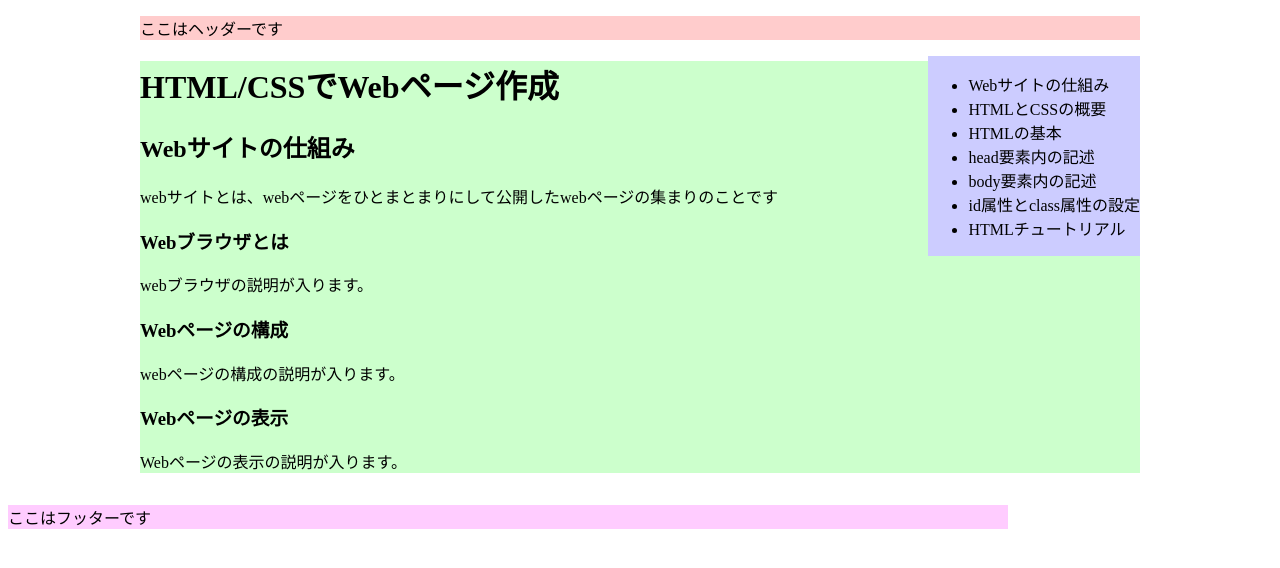
Repository: tak-hs/first-git
Page: kadai-html.html
The author's editor kept a record of every edit. The page is drawn from the files as they stood at one moment, then again after the next edit.
The browser window is 1280 px wide. The pictures show the whole page.

Above is the page before.

After the next edit:
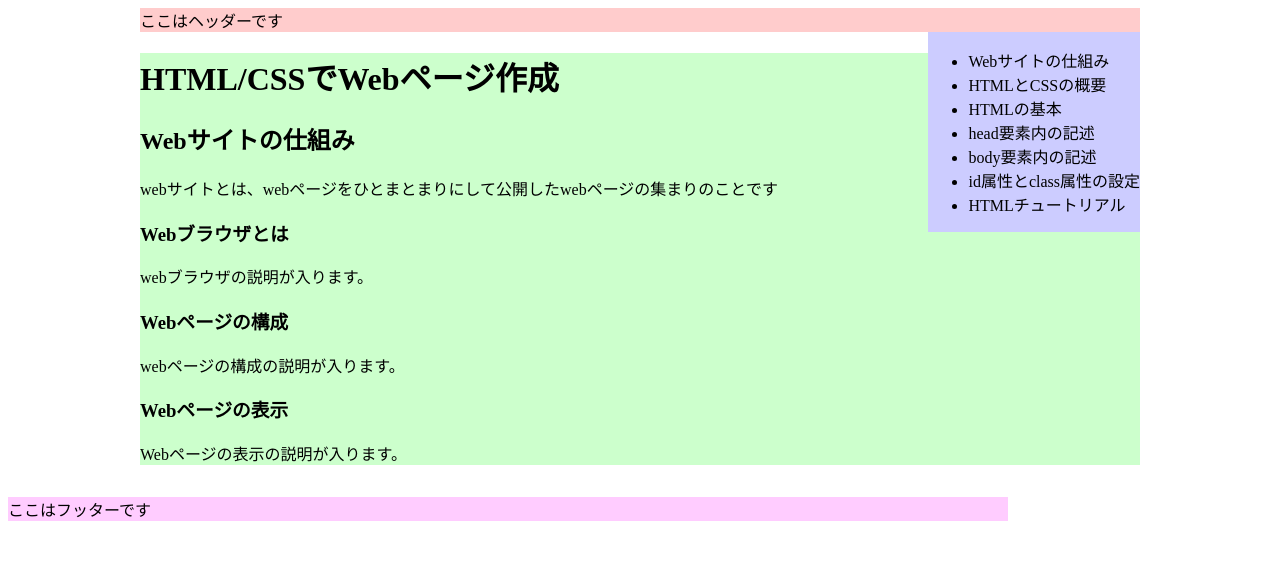
The edit:
--- a/kadai-css.css
+++ b/kadai-css.css
@@ -7,7 +7,7 @@
 }
 
 header p{
-
+    margin:0 0;
 }
 
 #global_navi{
